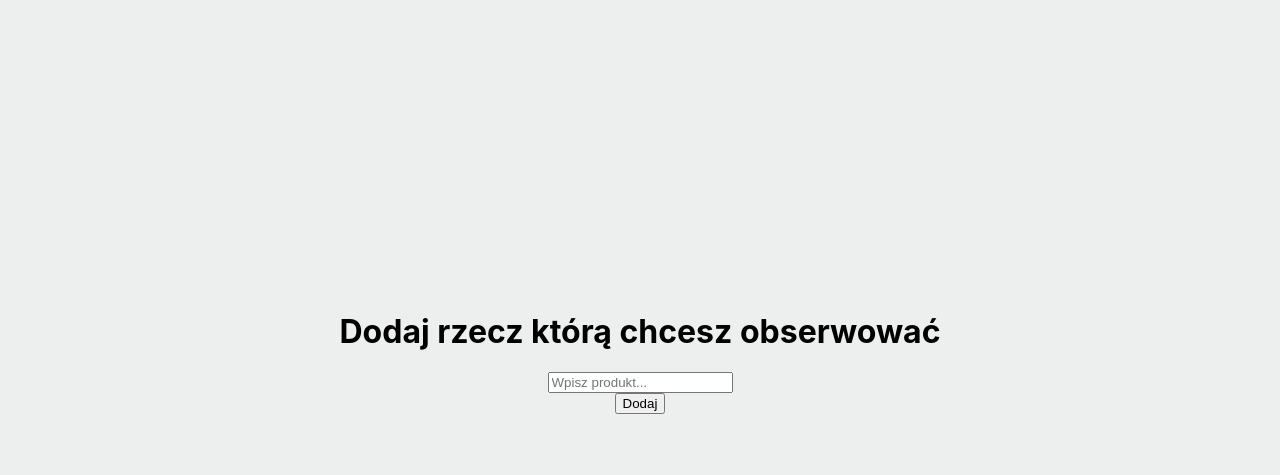
Repository: matedoo/crawler
Page: /MainApp
The author's editor kept a copy of each file at every save. The page is drawn from the files as they stood at one save, then again after a run of saves.
The browser window is 1280 px wide. The pictures show the whole page.
The project was rebuilt for these pictures with package versions that can differ from the ones it lists, and the page was loaded fresh each time. Requests to the local data server were answered from the project's data file. Also part of the build but not shown: src/Components/button.js, src/Components/LoginComponents/LoginApp.js, src/Components/LoginComponents/RegisterApp.js, src/Components/btnContainer.js, src/Components/heading.js, src/Components/LoginComponents/StartApp.js, src/Components/MainApp/MainAppElement.js.

Above is the page before, as saved 2020-04-28 18:39:30.

### public/index.html
<!DOCTYPE html>
<html lang="en">
  <head>
    <meta charset="utf-8" />
    <link rel="icon" href="%PUBLIC_URL%/favicon.ico" />
    <meta name="viewport" content="width=device-width, initial-scale=1" />
    <meta name="theme-color" content="#000000" />
    <meta
      name="description"
      content="Web site created using create-react-app"
    />
    <link rel="apple-touch-icon" href="%PUBLIC_URL%/logo192.png" />
    <!--
      manifest.json provides metadata used when your web app is installed on a
      user's mobile device or desktop. See https://developers.google.com/web/fundamentals/web-app-manifest/
    -->
    <link rel="manifest" href="%PUBLIC_URL%/manifest.json" />
    <!--
      Notice the use of %PUBLIC_URL% in the tags above.
      It will be replaced with the URL of the `public` folder during the build.
      Only files inside the `public` folder can be referenced from the HTML.

      Unlike "/favicon.ico" or "favicon.ico", "%PUBLIC_URL%/favicon.ico" will
      work correctly both with client-side routing and a non-root public URL.
      Learn how to configure a non-root public URL by running `npm run build`.
    -->
    <title>Racoon</title>
  </head>
  <body>
    <noscript>You need to enable JavaScript to run this app.</noscript>
    <div id="root"></div>

  </body>
</html>

### src/App.js
import React from 'react';
import LoginApp from './Components/LoginComponents/LoginApp'
import RegisterApp from './Components/LoginComponents/RegisterApp'
import StartApp from './Components/LoginComponents/StartApp'
import MainApp from './Components/MainApp/MainApp'
import {BrowserRouter as Router, Switch, Route} from 'react-router-dom'




class App extends React.Component {

  render(){
    return (
      <Router>
        <Switch>
          <Route path='/' exact component={StartApp}></Route>
          <Route path='/LoginApp' component={LoginApp}></Route>
          <Route path='/RegisterApp' component={RegisterApp}></Route>
          <Route path='/MainApp' component={MainApp}></Route>
        </Switch>
      </Router>
    );
  }
}



export default App;

### src/Components/MainApp/MainApp.js
import React, { useState, useEffect } from 'react';
import styled from 'styled-components';
import MainAppElement from './MainAppElement'


//http://localhost:4000/items

function MainApp(props) {
  const [elementsListState, setElementsListState] = useState({ elementsList: [], inputValue: '', error: ''})

const [fetchedData, setFetchedData] = useState(/*title: [], id: []*/ [])
  const [dataError, setDataError] = useState(null)
  const [isLoading, setIsLoading] = useState(true)

  useEffect(() => {
    const myFetch = async () => {
      setIsLoading(true)

      try {
        const response = await fetch(`http://localhost:4000/items`)
        const responseParsed = await response.json()
        // console.log(responseParsed[0]);

        setIsLoading(false)
        setFetchedData(responseParsed.fetchedData)
          // title: responseParsed.map(element => element.title),
          // id: responseParsed.map(element => element.id)




        // elementsListState.push(responseParsed)
      } catch(dataError){
        setIsLoading(false)
        setDataError(dataError)
      }

    }
    myFetch()
  }, [])
  console.log(fetchedData);




  if(isLoading){
    return <p>Loading...</p>
  }
  if(dataError){
    return <p>Error...</p>
  }

  const handleInputChange = (event) => {
    const { value } = event.target
    setElementsListState({
      ...elementsListState,
      inputValue: value
    })

  }
  const handleButtonClick = () => {
    const { elementsList } = elementsListState;

    if(!inputValue) return;

    if(elementsList.some(element => element === inputValue)){
      setElementsListState({
        ...elementsListState,
        error: 'Ten produkt już istnieje',
        inputValue: '',
      })
      return;
    }
    setElementsListState({
      error: '',
      elementsList: [...elementsList, inputValue],
      inputValue: ''
    })
  }

  const handleElementRemove = (elementValue) => {
    setElementsListState({
      ...elementsListState,
      elementsList: elementsList.filter(element => element !== elementValue)
    })
  }
  const { error, elementsList, inputValue} = elementsListState;
    return (
      <LoginAppStyled>
        <h1>Dodaj rzecz którą chcesz obserwować</h1>
        {elementsList.map((element) => (
          <MainAppElement
            key={element}
            element={element}
            handleCloseClick={handleElementRemove}
          />
        ))}
        <input
          name='listelemt'
          placeholder='Wpisz produkt...'
          value={inputValue}
          onChange={handleInputChange}
        />
        <button onClick={handleButtonClick}>Dodaj</button>
        {!!error && <p>{error}</p>}
        <div>
        <ul>
        {/* {console.log(`${fetchedData.title} title`  )} */}
        {/* {fetchedData.title.map((el, id) => <li value={id} >{el} </li>)} */}
        </ul>
        </div>
      </LoginAppStyled>
    );

}

export default MainApp;



const LoginAppStyled = styled.div`
   background-color: #edeeee;
   margin: 0;
   padding:0;
   height: 100vh;
   width: 100%;
   display: flex;
   align-items: center;
   justify-content: center;
   flex-direction: column;
`

### db.json
{
  "items": [
    {
      "title": "Lagavulin 16",
      "id": 1
    },
    {
      "title": "ardbeg",
      "id": 3
    },
    {
      "title": "qwe",
      "id": 4
    }
  ]
}

Loaded but not shown: src/index.js (common file); src/styles/index.css (common file); src/serviceWorker.js (common file)

After the next 5 saves:
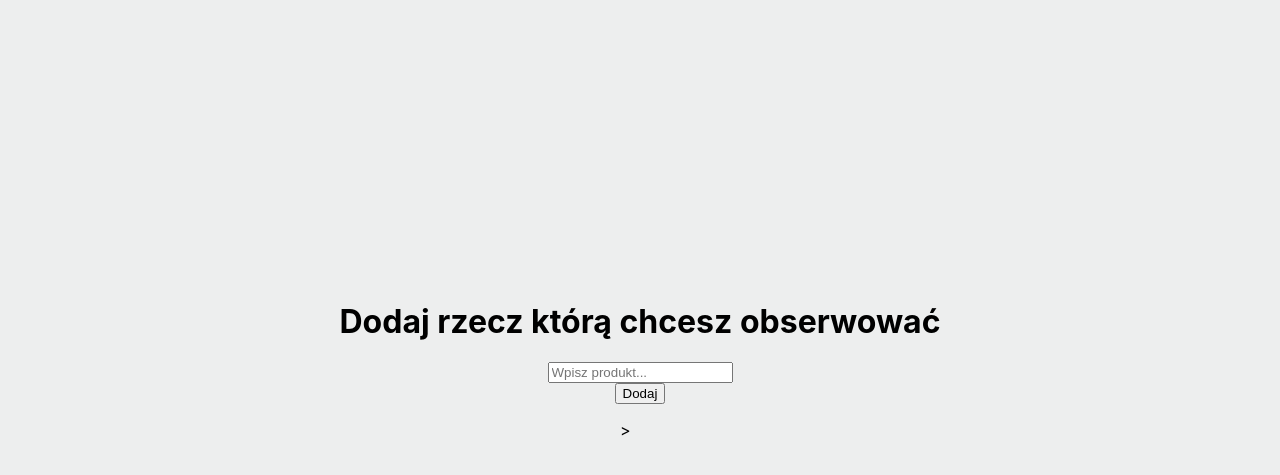
The 5 saves are shown as one change because 4 did not build or start.
The last was saved 5 min 44 s later.
--- a/src/Components/MainApp/MainApp.js
+++ b/src/Components/MainApp/MainApp.js
@@ -22,7 +22,7 @@ const [fetchedData, setFetchedData] = useState(/*title: [], id: []*/ [])
         // console.log(responseParsed[0]);
 
         setIsLoading(false)
-        setFetchedData(responseParsed.fetchedData)
+        setFetchedData((responseParsed) => responseParsed.fetchedData)
           // title: responseParsed.map(element => element.title),
           // id: responseParsed.map(element => element.id)
 
@@ -105,9 +105,12 @@ const [fetchedData, setFetchedData] = useState(/*title: [], id: []*/ [])
         {!!error && <p>{error}</p>}
         <div>
         <ul>
-        {/* {console.log(`${fetchedData.title} title`  )} */}
-        {/* {fetchedData.title.map((el, id) => <li value={id} >{el} </li>)} */}
-        </ul>
+          {/* {fetchedData.map(item => (
+            <li key={item.id}>
+              {item.title}
+            </li>
+          ))} */}
+      </ul>>
         </div>
       </LoginAppStyled>
     );
